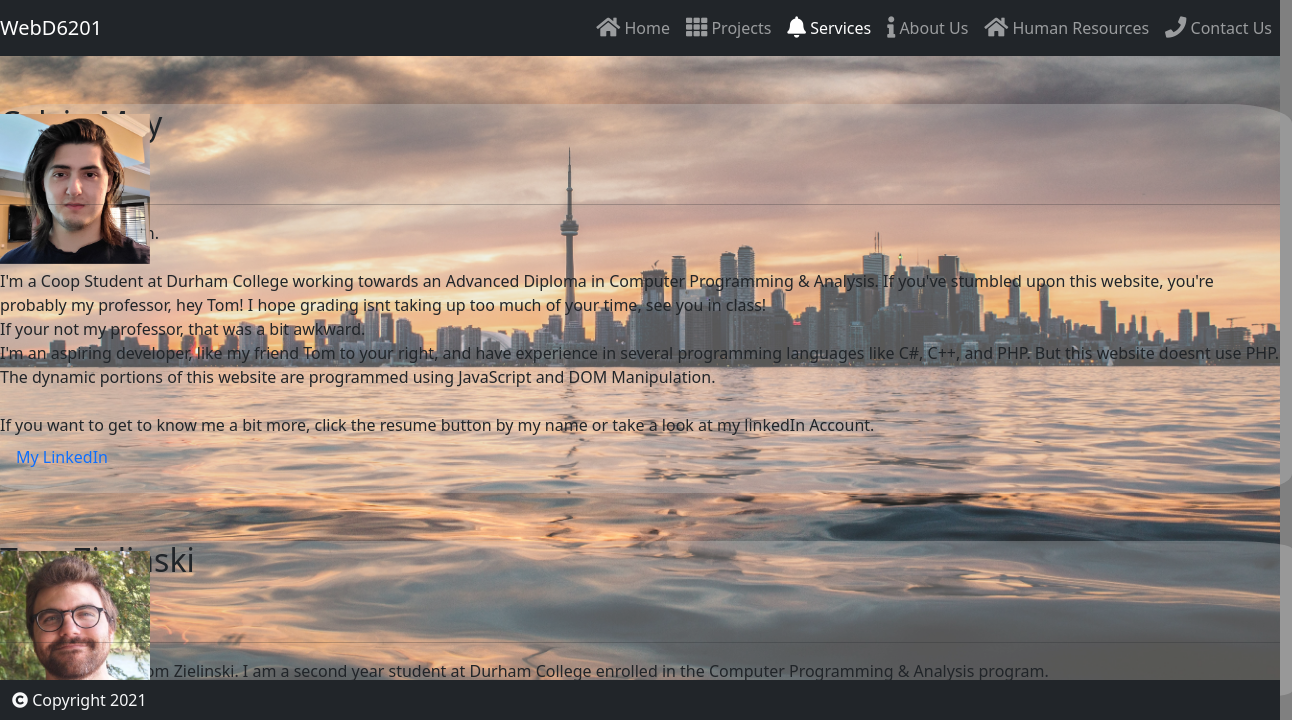
Repository: Tomelinski/Webd6201-Lab02
Page: services.html
The author's editor kept a copy of each file at every save. The page is drawn from the files as they stood at one save, then again after the next save.
The browser window is 1280 px wide. The page is 1292 px wide, so the pictures cover 1292 px, including what lies to the right of the window. The pictures show the whole page.

Above is the page before, as saved 2021-02-05 21:18:57.

### services.html
<!-- Author(s): Tom Zielinski,
 *              Calvin May
 *
 *   Date: 02/02/2021 | Last Modified: 02/03/2021
 *   Document: Services.html
 *   Description: ...
-->
<!DOCTYPE html>
<html lang="en">
<head>
    <meta charset="UTF-8">
    <meta name="viewport" content="width=device-width, initial-scale=1.0">
    <title>Services</title>
    <!-- -->
    <link rel="stylesheet" href="./node_modules/bootstrap/dist/css/bootstrap.min.css">
    <link rel="stylesheet" href="./node_modules/@fortawesome/fontawesome-free/css/all.min.css">
    <link rel="stylesheet" href="./Content/app.css">

</head>
<body>
      <!-- Main header -->
      <header>
        <!-- Main Nav -->
          <nav class="navbar navbar-expand-lg navbar-dark bg-dark ">
              <a class="navbar-brand" href="./index.html">WebD6201</a>
              <button class="navbar-toggler" type="button" data-toggle="collapse" data-target="#navbarSupportedContent" aria-controls="navbarSupportedContent" aria-expanded="false" aria-label="Toggle navigation">
                <span class="navbar-toggler-icon"></span>
              </button>

              <div class="collapse navbar-collapse" id="navbarSupportedContent">
                <ul id="pageList" class="navbar-nav ms-auto mb-2 mb-lg-0">
                  <li class="nav-item ">
                    <a class="nav-link" aria-current="page" href="index.html"><i class="fas fa-home fa-lg"></i> Home</a>
                  </li>

                  <li class="nav-item">
                      <a id="projects" class="nav-link" aria-current="page" href="products.html"><i class="fas fa-th fa-lg"></i> Products</a>
                  </li>

                  <li class="nav-item">
                      <a class="nav-link active" aria-current="page" href="services.html"><i class="fas fa-bell fa-lg"></i> Services</a>
                  </li>

                  <li class="nav-item">
                      <a class="nav-link" aria-current="page" href="about.html"><i class="fas fa-info fa-lg"></i> About Us</a>
                  </li>

                  <li class="nav-item">
                      <a class="nav-link" aria-current="page" href="contact.html"><i class="fas fa-phone fa-lg"></i> Contact Us</a>
                  </li>
                </ul>
              </div>
            </nav>
      </header>

      <main>
        <div class="container"></div>
          <div class="row justify-content-around">
            <div id="about-calvin" class="row-4 mt-5 about-background">

            </div>
            <div id="about-tom" class="row-4 mt-5 about-background">

            </div>
          </div>
        </div>
      </main>

    <!-- Script section -->
    <script src="./node_modules/jquery/dist/jquery.min.js"></script>
    <script src="./node_modules/bootstrap/dist/js/bootstrap.bundle.min.js"></script>
    <script src="./Scripts/app.js"></script>
</body>

</html>

### Content/app.css
/* Author(s): Tom Zielinski,
 *              Calvin May
 *
 *   Date: 02/02/2021 | Last Modified: 02/03/2021
 *   Document: Services.html
 *   Description: ...
*/
/* Custom css page */
body{
    width:100vw;
    height:100vh;
    background: url("../Pictures/Toronto.jpg") no-repeat center center fixed;
    -webkit-background-size: cover;
    -moz-background-size: cover;
    -o-background-size: cover;
    background-size: cover;
    overflow-x: hidden;
    margin:0px;
    min-height:100%;
    background-color: gray;
}

.headshot-portrait{
    width: 150px;
    height: 150px;
    border-radius: 50%;
    float: left;
    shape-outside: circle();
    margin: 10px 10px 15px 0px;
    position: center;
}

.services-picture{
    width: 150px;
    height: 150px;
    position: fixed;
    margin: 10px 10px 15px 0px;
    position: center;
}

.about-background{
    background: rgba(210, 210, 210, 0.3);
    border-radius: 5%;

}

### Scripts/app.js
/** Author(s): Tom Zielinski,
 *             Calvin May
 *
 *  Date: 02/02/2021 | Last Modified: 02/03/2021
 *  Document: app.js
 *  Description: ...
 */

/** Custom JavaScript Page */

/** IFFE Function */
(() => {

    // Declarations
    let mainContent = document.getElementsByTagName("main")[0]; // Holds the <main> element


    // First Fix the upper, lower navbars. Ensuring they display properly
    fixNavBars();

    /** Web Application Startup Functions */
    /** Start() - Lets the application know which content to load
     *          based on the title of the document.
    */
    function Start() {
        console.log("Web App Started.");``


        // A switch case used to figure out which page is being loaded.
        switch (document.title) {
            case "Home":
                displayHomePage();
                break;
            case "About":
                displayAboutPage();
                break;
            case "Contact":
                displayContactPage();
                break;
            case "Projects":
                displayProjectsPage();
                break;
            case "Services":
                displayServicesPage();
                break;
            case "Human Resources":
                displayHumanResourcesPage();
                break;
        }

    }

    /** Display Page Content Functions */
    /** displayHomePage() - Loads the Content for index.html */
    function displayHomePage() {

        let newParagraph = document.createElement("p");
        newParagraph.setAttribute("id", "paragraphOne");
        newParagraph.className = "fs-6 col col-md-4 mt-5 m-auto px-4 border border-dark border-4 rounded";
        newParagraph.textContent = "Welcome to Cavlin May's and Tom Zielinski's Webd6201 Lab01 webpage.";

        mainContent.appendChild(newParagraph);
    }

    /** displayAboutPage() - Loads the Content for about.html */
    function displayAboutPage() {

        // About Tom Content
        //-Create Elements for About Tom
        let aboutTomDiv = document.getElementById("about-tom");
        let tomHeading = document.createElement("h2");
        let pic = document.createElement("img");
        let aboutTom = document.createElement("p");
        let tomResume = document.createElement("a");

        // Set the Attributes, html, and Content for Toms Elements
        //-Name Heading
        tomHeading.textContent = "Tom Zielinski";
        //-Portrait
        pic.setAttribute("src", "../Pictures/Tom.jpeg");
        pic.setAttribute("class", "headshot-portrait");
        pic.setAttribute("alt", "Headshot of Tom");
        //-Resume
        tomResume.setAttribute("href", "../files/resumes/Tom_Resume.pdf");
        tomResume.setAttribute("download", "");
        tomResume.setAttribute("class", "btn btn-primary");
        tomResume.textContent = "Resume";
        //-About Info
        aboutTom.innerHTML = `<hr/><p>Hello, My name is Tom Zielinski. I am a second year student at Durham College enrolled in the Computer Programming & Analysis program.</p>`;

        // Insert the Elements within the about-tom div
        aboutTomDiv.appendChild(pic);
        aboutTomDiv.appendChild(tomHeading);
        aboutTomDiv.appendChild(tomResume);
        aboutTomDiv.appendChild(aboutTom);

        // About Calvin Content
        //-Create Elements for About Calvin
        let aboutCalvinDiv = document.getElementById("about-calvin");
        let calvinHeading = document.createElement("h2");
        let calvinPortrait = document.createElement("img");
        let aboutCalvin = document.createElement("p");
        let calvinResume = document.createElement("a");

        // Set the Attributes, html, and Content for Toms Elements
        //-Name Heading
        calvinHeading.textContent = "Calvin May";
        //-Portrait
        calvinPortrait.setAttribute("src", "../Pictures/Calvin.jpg");
        calvinPortrait.setAttribute("class", "headshot-portrait");
        calvinPortrait.setAttribute("alt", "Headshot of Tom");
        //-Resume
        calvinResume.setAttribute("href", "../files/resumes/Calvin_Resume.pdf");
        calvinResume.setAttribute("download", "");
        calvinResume.setAttribute("class", "btn btn-primary");
        calvinResume.textContent = "Resume";
        //-About Info
        aboutCalvin.innerHTML = `<hr/>
        <p>Hi, my name's Calvin. <br/><br/>
        I'm a Coop Student at Durham College working towards an Advanced Diploma in
        Computer Programming & Analysis. If you've stumbled upon this website, you're
        probably my professor, hey Tom! I hope grading isnt taking up too much of your
        time, see you in class! <br/>
        If your not my professor, that was a bit awkward. <br/>
        I'm an aspiring developer, like my friend Tom to your right, and have experience
        in several programming languages like C#, C++, and PHP. But this website doesnt
        use PHP. The dynamic portions of this website are programmed using JavaScript
        and DOM Manipulation.
        <br/> <br/>
        If you want to get to know me a bit more, click the resume button by my name or
        take a look at my linkedIn Account. <br/>
        <a class="nav-link" href="https://www.linkedin.com/in/calvin-may-384798200/">My LinkedIn</a>
        </p>`;

        // Insert the Elements within the about-tom div
        aboutCalvinDiv.appendChild(calvinPortrait);
        aboutCalvinDiv.appendChild(calvinHeading);
        aboutCalvinDiv.appendChild(calvinResume);
        aboutCalvinDiv.appendChild(aboutCalvin);
    }

    /** displayContactPage() - Loads the Content for contact.html */
    function displayContactPage() {

    }

    /** displayProjectsPage() - Loads the Content for projects.html */
    function displayProjectsPage() {

    }

    /** displayServicesPage() - Loads the Content for services.html */
    function displayServicesPage() {
        // About Tom Content
        //-Create Elements for About Tom
        let aboutTomDiv = document.getElementById("about-tom");
        let tomHeading = document.createElement("h2");
        let pic = document.createElement("img");
        let aboutTom = document.createElement("p");
        let tomResume = document.createElement("a");

        // Set the Attributes, html, and Content for Toms Elements
        //-Name Heading
        tomHeading.textContent = "Tom Zielinski";
        //-Portrait
        pic.setAttribute("src", "../Pictures/Tom.jpeg");
        pic.setAttribute("class", "services-picture");
        pic.setAttribute("alt", "Headshot of Tom");
        //-Resume
        tomResume.setAttribute("href", "../files/resumes/Tom_Resume.pdf");
        tomResume.setAttribute("download", "");
        tomResume.setAttribute("class", "btn btn-primary");
        tomResume.textContent = "Resume";
        //-About Info
        aboutTom.innerHTML = `<hr/><p>Hello, My name is Tom Zielinski. I am a second year student at Durham College enrolled in the Computer Programming & Analysis program.</p>`;

        // Insert the Elements within the about-tom div
        aboutTomDiv.appendChild(pic);
        aboutTomDiv.appendChild(tomHeading);
        aboutTomDiv.appendChild(tomResume);
        aboutTomDiv.appendChild(aboutTom);

        // About Calvin Content
        //-Create Elements for About Calvin
        let aboutCalvinDiv = document.getElementById("about-calvin");
        let calvinHeading = document.createElement("h2");
        let calvinPortrait = document.createElement("img");
        let aboutCalvin = document.createElement("p");
        let calvinResume = document.createElement("a");

        // Set the Attributes, html, and Content for Toms Elements
        //-Name Heading
        calvinHeading.textContent = "Calvin May";
        //-Portrait
        calvinPortrait.setAttribute("src", "../Pictures/Calvin.jpg");
        calvinPortrait.setAttribute("class", "services-picture");
        calvinPortrait.setAttribute("alt", "Headshot of Tom");
        //-Resume
        calvinResume.setAttribute("href", "../files/resumes/Calvin_Resume.pdf");
        calvinResume.setAttribute("download", "");
        calvinResume.setAttribute("class", "btn btn-primary");
        calvinResume.textContent = "Resume";
        //-About Info
        aboutCalvin.innerHTML = `<hr/>
        <p>Hi, my name's Calvin. <br/><br/>
        I'm a Coop Student at Durham College working towards an Advanced Diploma in
        Computer Programming & Analysis. If you've stumbled upon this website, you're
        probably my professor, hey Tom! I hope grading isnt taking up too much of your
        time, see you in class! <br/>
        If your not my professor, that was a bit awkward. <br/>
        I'm an aspiring developer, like my friend Tom to your right, and have experience
        in several programming languages like C#, C++, and PHP. But this website doesnt
        use PHP. The dynamic portions of this website are programmed using JavaScript
        and DOM Manipulation.
        <br/> <br/>
        If you want to get to know me a bit more, click the resume button by my name or
        take a look at my linkedIn Account. <br/>
        <a class="nav-link" href="https://www.linkedin.com/in/calvin-may-384798200/">My LinkedIn</a>
        </p>`;

        // Insert the Elements within the about-tom div
        aboutCalvinDiv.appendChild(calvinPortrait);
        aboutCalvinDiv.appendChild(calvinHeading);
        aboutCalvinDiv.appendChild(calvinResume);
        aboutCalvinDiv.appendChild(aboutCalvin);


    }

    /** displayHumanResourcesPage() - Loads the Content for human_resources.html */
    function displayHumanResourcesPage() {


    }

    /**
     * fixNavBars() - This Function is used to finish creating the Header/Footer Navbars
     *              using DOM Manipulation and Injection. First it fixes the "Products"
     *              NavBar link to correctly show, "Projects" and link to the projects.html
     *              page. It also Insert a new NavBar link, "Human Recources" between
     *              "About us" and "Contact Us" links. Finally, it adds a footer to the
     *              bottom of the page.
     */
    function fixNavBars()
    {
        // Fix the "Products" Nav item
        let projectPageAnchor = document.getElementById("projects");    // Get the Nav item Anchor tag by id
        projectPageAnchor.setAttribute("href", "projects.html");        // Correctly set the Hypertext Reference attribute
        projectPageAnchor.innerHTML = "<i class=\"fas fa-th fa-lg\"></i> Projects"; // Correctly set the text to indicate a project page

        // Insert a Nav item for Human Resources
        let navBarItemList = document.getElementById("pageList");  // Get the <ul> holding the Page links
        let humanResourcesListItem = document.createElement("li"); // Create a new list Item
        humanResourcesListItem.setAttribute("class", "nav-item");  // Set the class of the list item to "nav-item"
        // Create the anchor that will exist within the humanResourcesListItem
        let hrListItemData = '<a class="nav-link" aria-current="page" ' +
                             'href="human_resources.html"><i class="fas fa-home fa-lg"></i> Human Resources</a>';
        // Set the innerHtml with the data above
        humanResourcesListItem.innerHTML = hrListItemData;
        // Insert the new listitem before the 8th child within the <ul>
        //-(8th because it counts both the <li> elements and the <a> elements within)
        navBarItemList.insertBefore(humanResourcesListItem, navBarItemList.childNodes[8]);


        // Insert a new footer NavBar
        let footerData = "";    // A variable to hold the html code for the footers navBar
        // Create the footer element
        let pageFooter = document.createElement("footer");
        // Insert the new footer element before the "next" sibling of <main>
        //-Reads as <body>.insertBefore(pageFooter, elementAfterMain)
        mainContent.parentNode.insertBefore(pageFooter, mainContent.nextSibling);

        footerData = '<nav class="navbar fixed-bottom navbar-dark bg-dark"> ' +
                     '<div class="container-fluid"> ' +
                     '<h7 class="text-light"><i class="fas fa-copyright text-light"></i> Copyright 2021</h7> ' +
                     '</div> ' +
                     '</nav> ';
        pageFooter.innerHTML = footerData;

    }

    // Add an event listener for the load event (Page load).
    //-Call the Start() function so that we can display page
    //-specific content
    window.addEventListener("load", Start);

})();

Loaded but not shown: node_modules/bootstrap/dist/css/bootstrap.min.css (library); node_modules/@fortawesome/fontawesome-free/css/all.min.css (library); node_modules/jquery/dist/jquery.min.js (library); node_modules/bootstrap/dist/js/bootstrap.bundle.min.js (library)

After the next save:
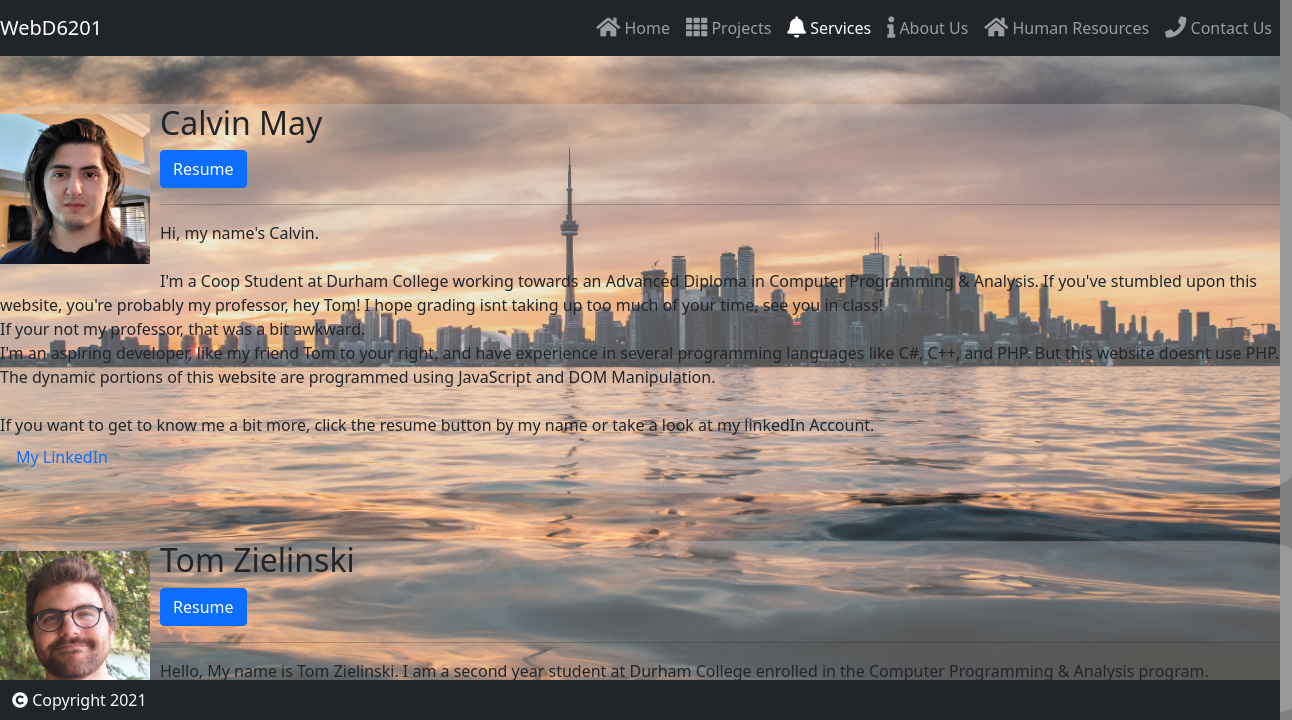
Saved 10 s later.
--- a/Content/app.css
+++ b/Content/app.css
@@ -33,7 +33,7 @@ body{
 .services-picture{
     width: 150px;
     height: 150px;
-    position: fixed;
+    float: left;
     margin: 10px 10px 15px 0px;
     position: center;
 }
